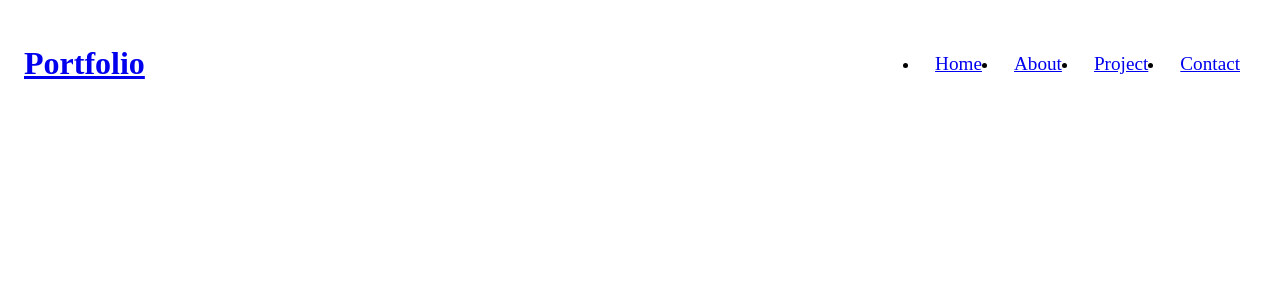
Repository: Hrishabhsinghai/Portfolio
Page: /
The author's editor kept a copy of each file at every save. The page is drawn from the files as they stood at one save, then again after the next save.
The browser window is 1280 px wide. The pictures show the whole page.
The project was rebuilt for these pictures with package versions that can differ from the ones it lists, and the page was loaded fresh each time. Also part of the build but not shown: src/routes/About.js, src/routes/Project.js, src/routes/Contact.js.

Above is the page before, as saved 2023-12-28 15:18:52.

### src/index.css
@import url("https://fonts.googleapis.com/css2?family=Orbitron&family=Outfit:wght@100;200;300;400;500;600;700;800;900&display=swap");

### src/App.js
import "./index.css";
import Home from "./routes/Home";
import About from "./routes/About";
import Project from "./routes/Project";
import Contact from "./routes/Contact";
import { Route, Routes } from "react-router-dom";

function App() {
  return (
    <>
      <Routes>
        <Route path="/" element={<Home />} />{" "}
        <Route path="/project" element={<Project />} />{" "}
        <Route path="/About" element={<About />} />{" "}
        <Route path="/Contact" element={<Contact />} />{" "}
      </Routes>{" "}
    </>
  );
}

export default App;

### src/components/Navbar.js
import { Link } from "react-router-dom";
import "./NavbarStyles.css";

import React from "react";

const Navbar = () => {
  return (
    <div className="header">
      <Link to="/">
        {" "}
        <h1> Portfolio </h1>{" "}
      </Link>{" "}
      <ul className="nav-menu">
        <li>
          <Link to="/"> Home </Link>{" "}
        </li>{" "}
        <li>
          <Link to="/About"> About </Link>{" "}
        </li>{" "}
        <li>
          <Link to="/Project"> Project </Link>{" "}
        </li>{" "}
        <li>
          <Link to="/Contact"> Contact </Link>{" "}
        </li>{" "}
      </ul>{" "}
    </div>
  );
};

export default Navbar;

### src/components/NavbarStyles.css
.nav-menu {
  display: flex;
}

.nav-menu li {
  padding: 0 1rem;
}

.nav-menu li a {
  font-size: 1.2rem;
  font-weight: 500;
}

.header {
  display: flex;
  justify-content: space-between;
  align-items: center;
  padding: 1rem;
}

Loaded but not shown: public/index.html (common file); src/index.js (common file); src/routes/Home.js (common file)

After the next save:
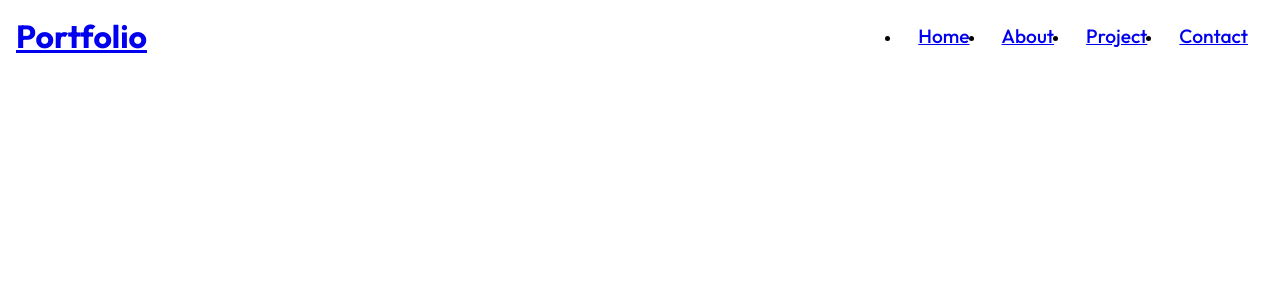
Saved 55 s later.
--- a/src/index.css
+++ b/src/index.css
@@ -1 +1,7 @@
 @import url("https://fonts.googleapis.com/css2?family=Orbitron&family=Outfit:wght@100;200;300;400;500;600;700;800;900&display=swap");
+* {
+  box-sizing: border-box;
+  margin: 0;
+  padding: 0;
+  font-family: "Outfit", sans-serif;
+}
